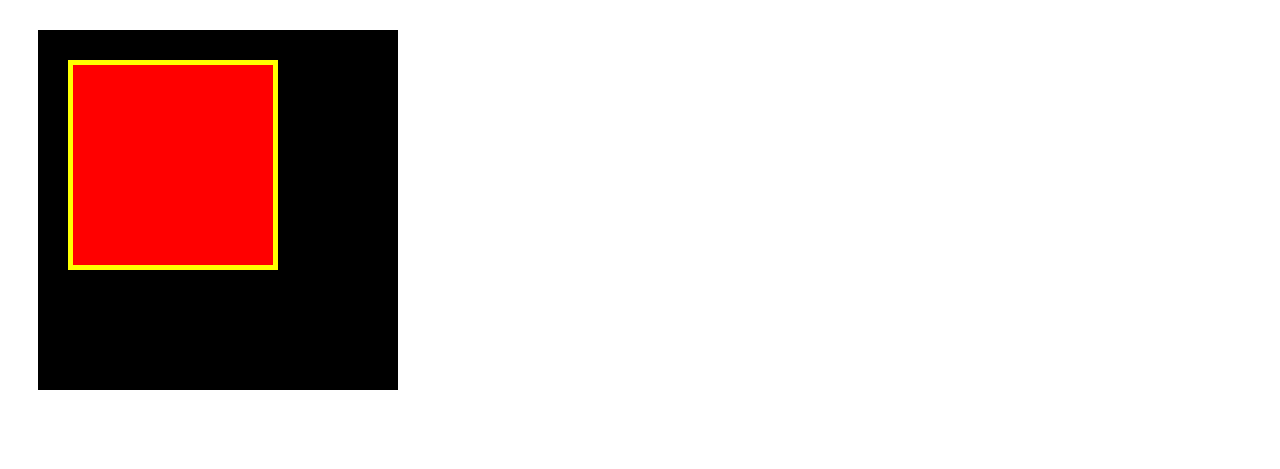
Repository: ego-boosting/assightment_1
Page: box/box.html
The author's editor kept a record of every edit. The page is drawn from the files as they stood at one moment, then again after the next edit.
The browser window is 1280 px wide. The pictures show the whole page.

Above is the page before.

After the next edit:
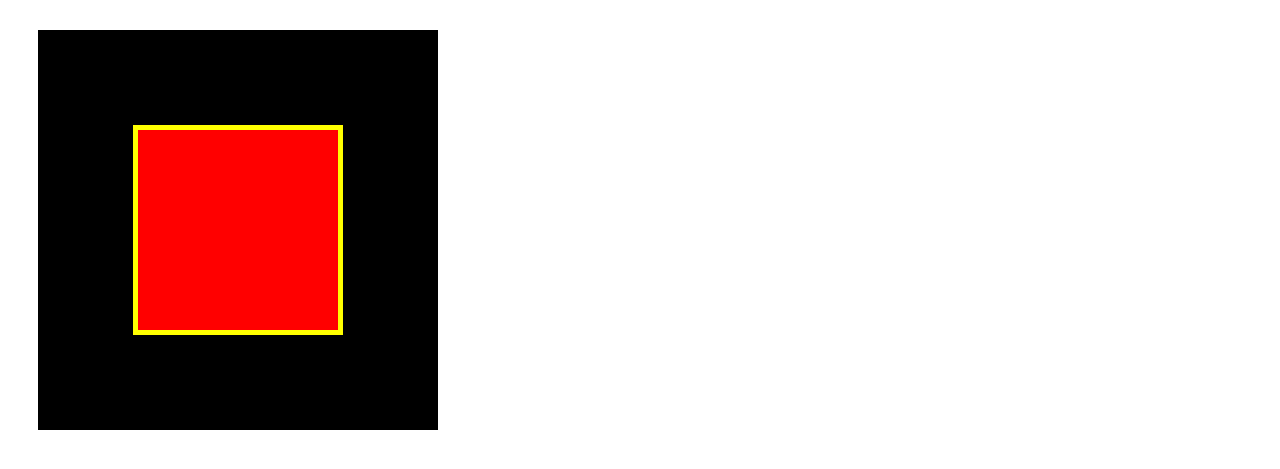
The edit:
--- a/box/box.css
+++ b/box/box.css
@@ -3,7 +3,10 @@
   height: 300px;
   background-color: black;
   margin: 30px;
-  padding: 30px;
+  padding:50px;
+  display: flex;
+  justify-content: center;
+  align-items: center;
 }
 
 .box2{
